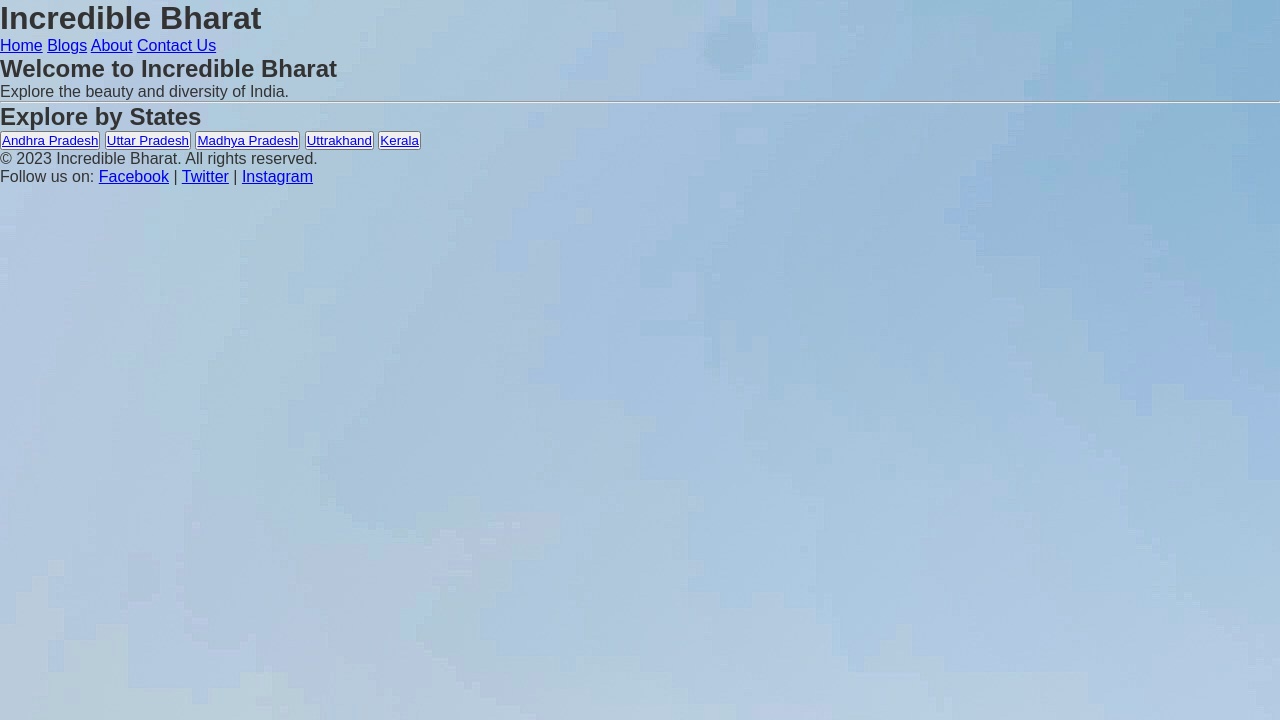
Repository: jaidhiman111/incrediblebharat
Page: index.html
These files come from the project's save history. The page is drawn as it stood at one moment and after the next save; the edit follows.
The browser window is 1280 px wide. The pictures show the whole page.

Above is the page before, as saved 2025-04-30 21:28:41.

### index.html
<!DOCTYPE html>
<html lang="en">
<head>
    <meta charset="UTF-8">
    <link rel="stylesheet" href="/assets/style.css">
    <meta name="viewport" content="width=device-width, initial-scale=1.0">
    <title>Document</title>
</head>
<body>
    <!-- This is the header of the page. -->
    <header class="header">
        <div class="logo">
            <h1>Incredible Bharat</h1>
        </div>
        <div class="nav">
            <nav>
                <ul>
                    <li>
                        <a href="#">Home</a>
                        <a href="#">Blogs</a>
                        <a href="#">About</a>
                        <a href="#">Contact Us</a>
                    </li>
                </ul>
            </nav>
        </div>
    </header>
    <!-- This is the main content of the page. -->
     <main class="main-container">
        <section class="hero-section">
            <h2>Welcome to Incredible Bharat</h2>
            <p>Explore the beauty and diversity of India.</p>
        </section>
        <hr>
        <section class="state-section">
            <h2>Explore by States</h2>
            <button type="button"><a href="#">Andhra Pradesh</a></button>
            <button type="button"><a href="#">Uttar Pradesh</a></button>
            <button type="button"><a href="#">Madhya Pradesh</a></button>
            <button type="button"><a href="#">Uttrakhand</a></button>
            <button type="button"><a href="#">Kerala</a></button>
        </section>
     </main>
     <!-- This is the footer of the page. -->
      <footer class="footer">
        <div>
            <p>&copy; 2023 Incredible Bharat. All rights reserved.</p>
            <p>Follow us on:
                <a href="#">Facebook</a> |
                <a href="#">Twitter</a> |
                <a href="#">Instagram</a>
        </div>
      </footer>
</body>
</html>

### assets/style.css
* {
    box-sizing: border-box;
    margin: 0;
    padding: 0;
}

body {
    font-family: Arial, sans-serif;
    background-image: url('/media/bg-cover.jpg');
    color: #333;
}

After the next save:
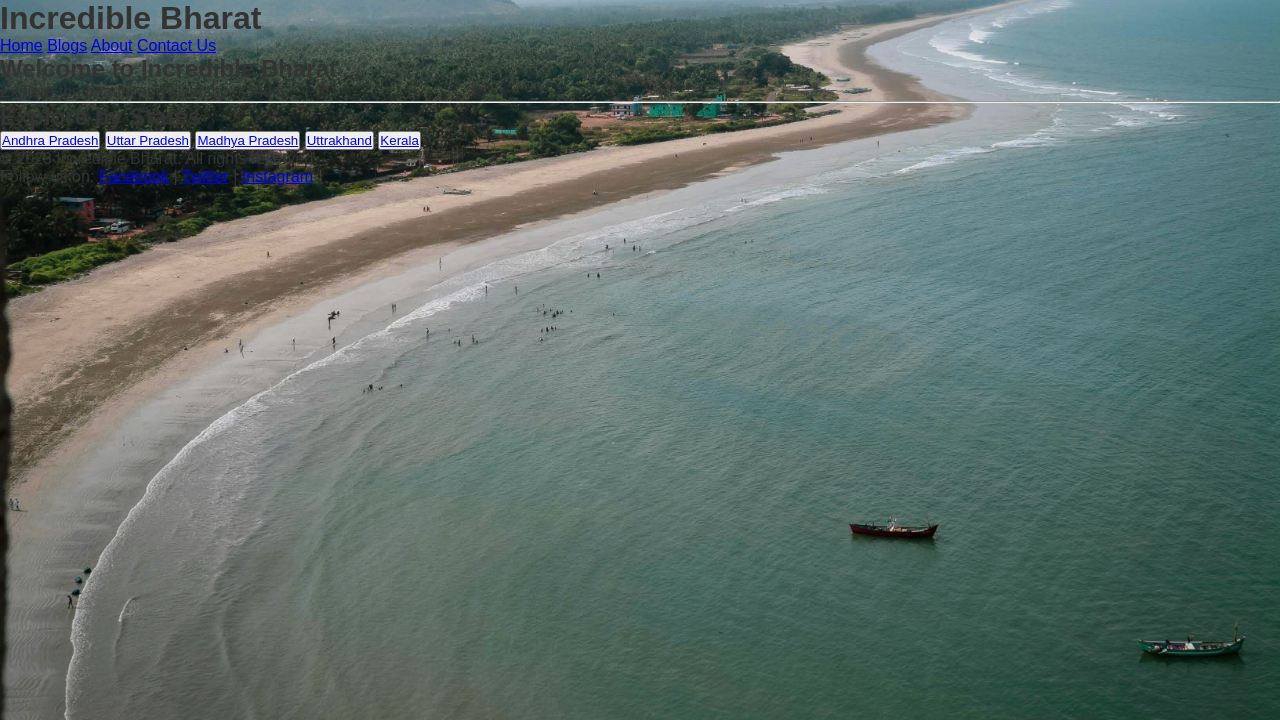
Saved 30 s later.
--- a/assets/style.css
+++ b/assets/style.css
@@ -7,5 +7,8 @@
 body {
     font-family: Arial, sans-serif;
     background-image: url('/media/bg-cover.jpg');
+    background-size: cover;
+    background-repeat: no-repeat;
+    background-position: center;
     color: #333;
 }
